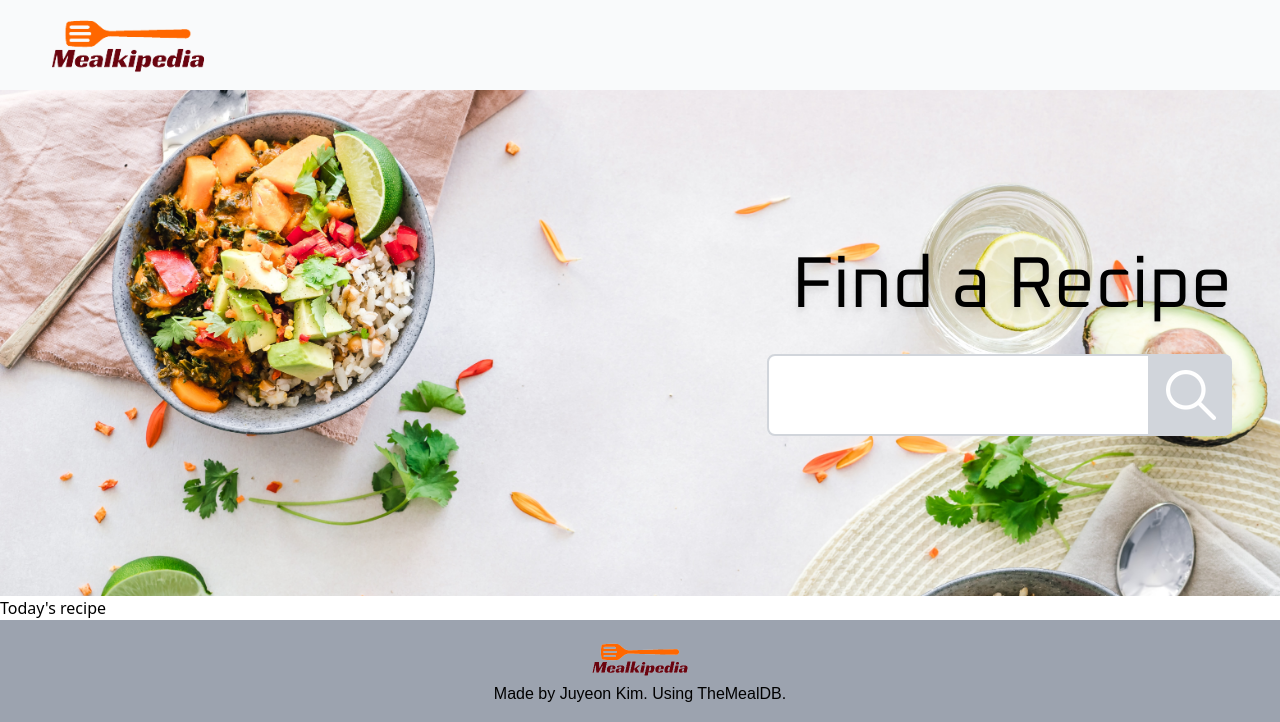
Repository: Jay-JYKim91/grj_mealkipedia
Page: /
These files come from the project's save history. The page is drawn as it stood at one moment and after the next save; the edit follows.
The browser window is 1280 px wide. The pictures show the whole page.
Some web fonts or font styles are not loaded; a fallback is used. The project was rebuilt for these pictures with package versions that can differ from the ones it lists, and the page was loaded fresh each time. Also part of the build but not shown: src/component/recipe.tsx. Imported but missing from the stored project, and not drawn on this page: src/component/search.

Above is the page before, as saved 2022-06-21 16:04:46.

### public/index.html
<!DOCTYPE html>
<html lang="en">
  <head>
    <meta charset="utf-8" />
    <link rel="icon" href="%PUBLIC_URL%/favicon.ico" />
    <link rel="preconnect" href="https://fonts.googleapis.com">
    <link rel="preconnect" href="https://fonts.gstatic.com" crossorigin>
    <link href="https://fonts.googleapis.com/css2?family=Biryani:wght@300;400&family=Oxanium:wght@300;400;500&family=Racing+Sans+One&display=swap" rel="stylesheet">
    <meta name="viewport" content="width=device-width, initial-scale=1" />
    <meta name="theme-color" content="#000000" />
    <meta
      name="description"
      content="Web site created using create-react-app"
    />
    <title>Mealkipedia</title>
  </head>
  <body>
    <div id="root"></div>
  </body>
</html>

### src/index.tsx
import React from 'react';
import ReactDOM from 'react-dom/client';
import './index.css';
import App from './app';
import { BrowserRouter } from 'react-router-dom';

const root = ReactDOM.createRoot(
  document.getElementById('root') as HTMLElement
);

root.render(
  <React.StrictMode>
    <BrowserRouter>
      <App />
    </BrowserRouter>
  </React.StrictMode>
);

### src/App.tsx
import React from 'react';
import { Route, Routes } from 'react-router-dom';
import Footer from './component/footer';
import Header from './component/header';
import Home from './component/home';
import Recipe from './component/recipe';
import Search from './component/search';

const App: React.FC = () => {

  return (
    <>
      <Header />
      <main>
        <Routes>
          <Route path='/' element={
            <Home />
          } />
          <Route path='search' element={
            <Search />
          } />
          <Route path='recipe' element={
            <Recipe />
          } />
        </Routes>
      </main>
      <Footer />
    </>
  );
}

export default App;

### src/component/footer.tsx
import React from 'react';

const Footer = () => {
    console.log(React);

    return (
        <footer className="flex flex-col items-center justify-center px-12 py-4 bg-gray-400">
            <img src="/logo.png" alt="logo" width="100" />
            <p className="font-body2_font">Made by Juyeon Kim. Using TheMealDB.</p>
        </footer>
    )
};

export default Footer;

### src/component/header.tsx
import React from 'react';

const Header = () => {
    console.log(React);

    return (
        <header className="px-12 py-2 shadow-md bg-gray-50">
            <img src='/logo.png' alt="logo" width="160" />
        </header>
    )
}

export default Header;

### src/component/home.tsx
import React from 'react';

const Home: React.FC = () => {

    return (
        <>
            <div className="px-12 py-40 bg-cover bg-[url('images/main_background.jpg')] text-right">
                <h1
                    className="font-body1_font text-7xl mb-8 drop-shadow-lg">
                        Find a Recipe
                </h1>
                <div className="flex justify-end">
                    <input type="search"
                        className="p-4 text-3xl font-body1_font rounded-l-lg border-2 border-gray-300"
                    />
                    <button className="p-4 bg-gray-300 rounded-r-lg">
                        <img src="./search.png" alt="search" />
                    </button>
                </div>
            </div>
            <div>
                <h1>Today's recipe</h1>
            </div>
        </>
    )
};

export default Home;

### tailwind.config.js
/** @type {import('tailwindcss').Config} */
module.exports = {
  content: [
    "./src/**/*.{js,jsx,ts,tsx}",
  ],
  darkMode: false, // or 'media' or 'class'
  theme: {
    extend: {
      fontFamily: {
        'heading_font': ['Racing Sans One', 'cursive'],
        'body1_font': ['Oxanium', 'cursive'],
        'body2_font': ['Biryani', 'sans-serif']
      }
    },
  },
  plugins: [],
}

Loaded but not shown: src/index.css (common file)

After the next save:
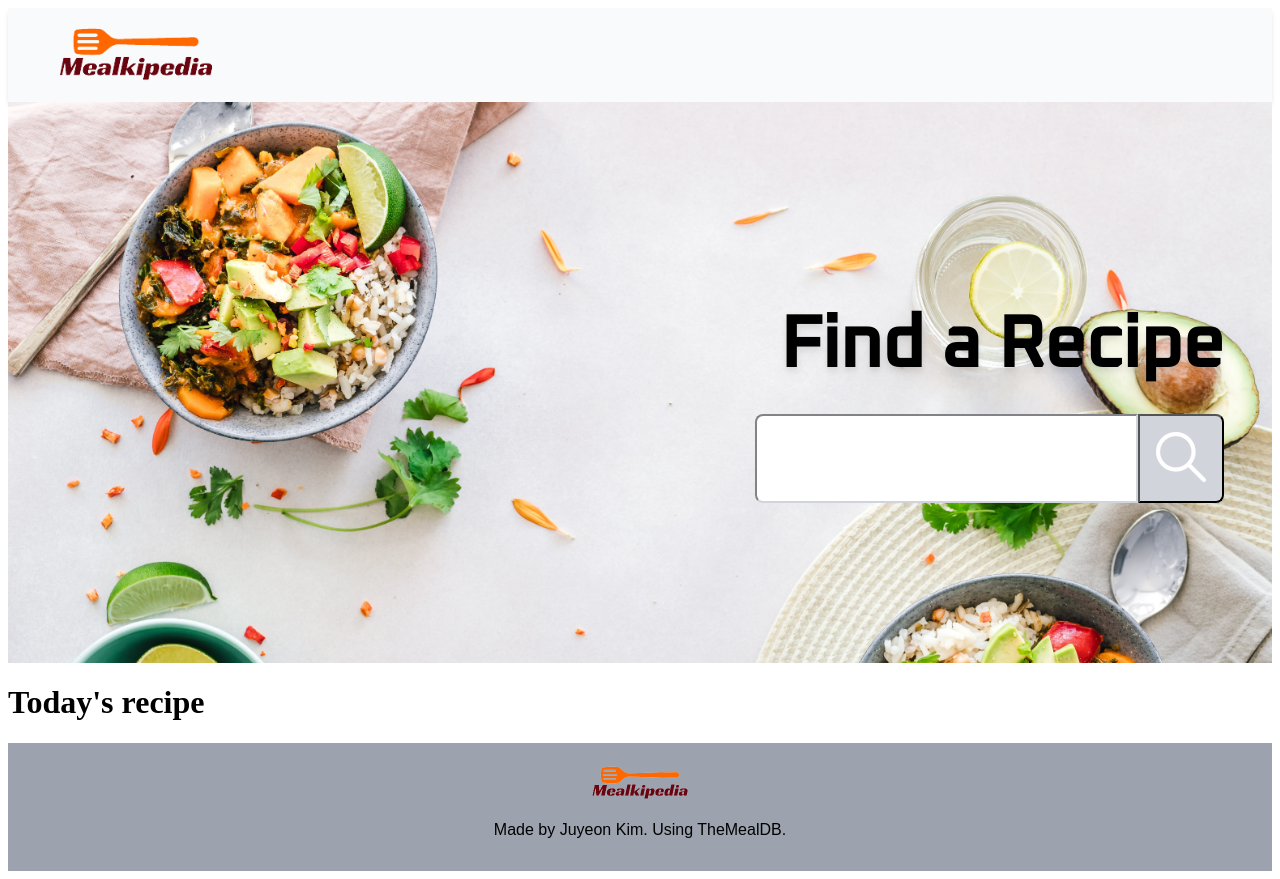
Saved 104 s later.
--- a/tailwind.config.js
+++ b/tailwind.config.js
@@ -3,6 +3,9 @@
   content: [
     "./src/**/*.{js,jsx,ts,tsx}",
   ],
+  corePlugins: {
+    preflight: false,
+  },
   darkMode: false, // or 'media' or 'class'
   theme: {
     extend: {

After the save that followed:
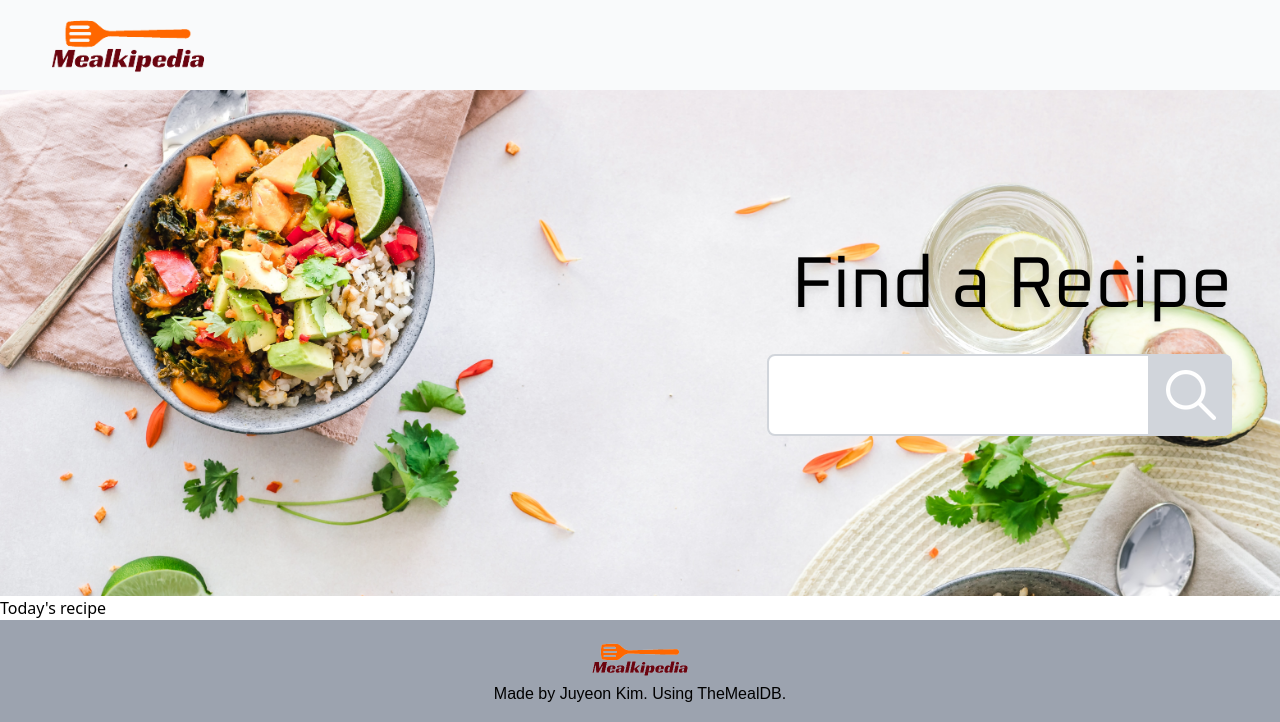
Saved 9 s later.
--- a/tailwind.config.js
+++ b/tailwind.config.js
@@ -3,9 +3,6 @@
   content: [
     "./src/**/*.{js,jsx,ts,tsx}",
   ],
-  corePlugins: {
-    preflight: false,
-  },
   darkMode: false, // or 'media' or 'class'
   theme: {
     extend: {
